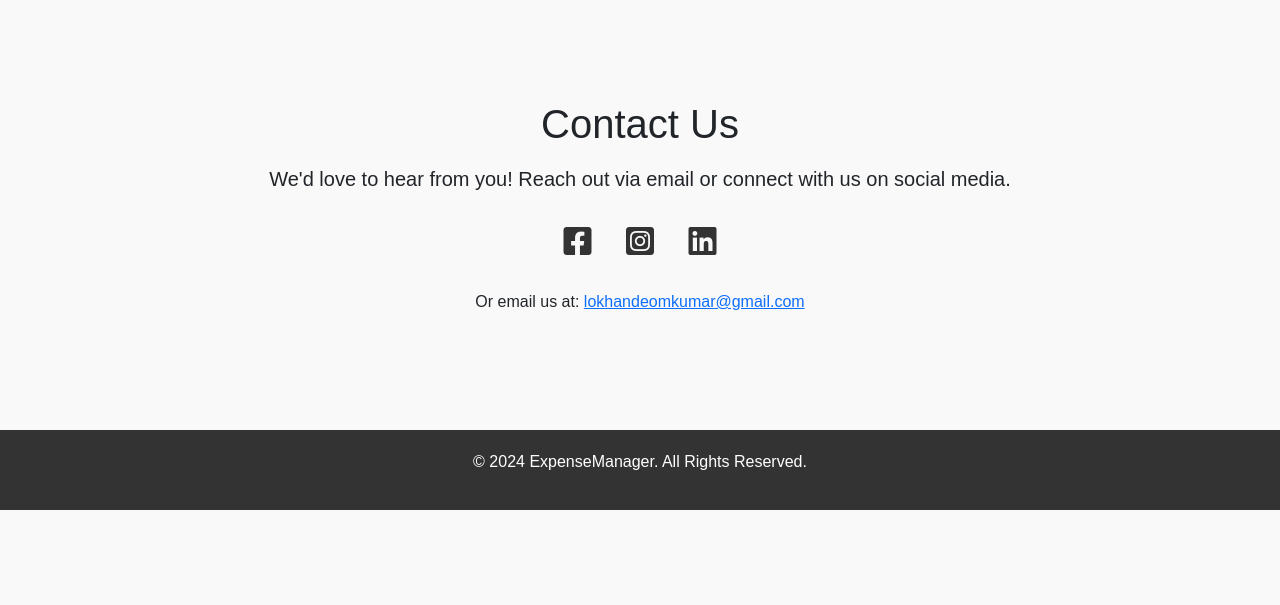
Repository: omlokhande1212/Expense-management
Page: expense/Demo/src/main/webapp/contactus.html
An editor plug-in stored every save of this project. The page is shown before and after the next save, followed by the edit.
The browser window is 1280 px wide. The pictures show the whole page.

Above is the page before, as saved 2024-11-28 14:08:18.

After the next save:
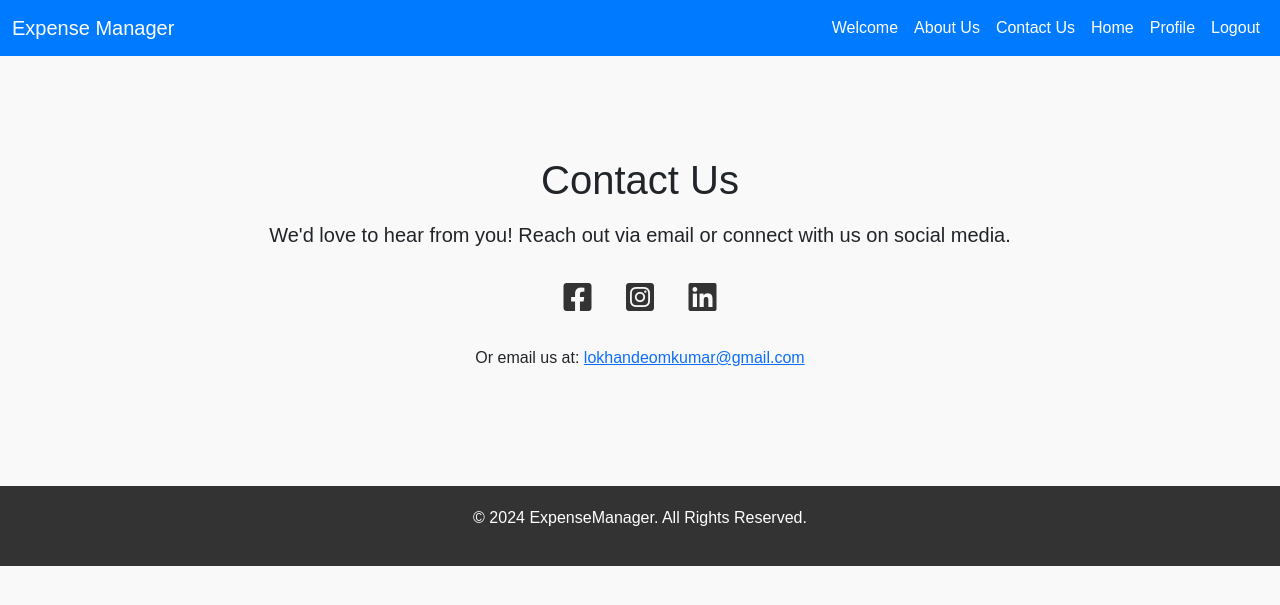
Saved 21 s later.
--- a/expense/Demo/src/main/webapp/contactus.html
+++ b/expense/Demo/src/main/webapp/contactus.html
@@ -42,6 +42,25 @@
     </style>
 </head>
 <body>
+<!-- Header Section -->
+  <nav class="navbar navbar-expand-lg navbar-dark">
+    <div class="container-fluid">
+      <a class="navbar-brand" href="#">Expense Manager</a>
+      <span class="navbar-toggler sidebar-toggle" onclick="toggleSidebar()">
+        <i class="fas fa-bars"></i>
+      </span>
+      <div class="collapse navbar-collapse">
+        <ul class="navbar-nav ms-auto">
+          <li class="nav-item"><a class="nav-link" href="#">Welcome</a></li>
+          <li class="nav-item"><a class="nav-link" href="aboutus.html">About Us</a></li>
+          <li class="nav-item"><a class="nav-link" href="contactus.html">Contact Us</a></li>
+          <li class="nav-item"><a class="nav-link" href="userdashboard.html">Home</a></li>
+          <li class="nav-item"><a class="nav-link" href="profile.jsp">Profile</a></li>
+          <li class="nav-item"><a class="nav-link" href="logout.html">Logout</a></li>
+        </ul>
+      </div>
+    </div>
+  </nav>
 
     <!-- Contact Section -->
     <section class="contact-section text-center">
